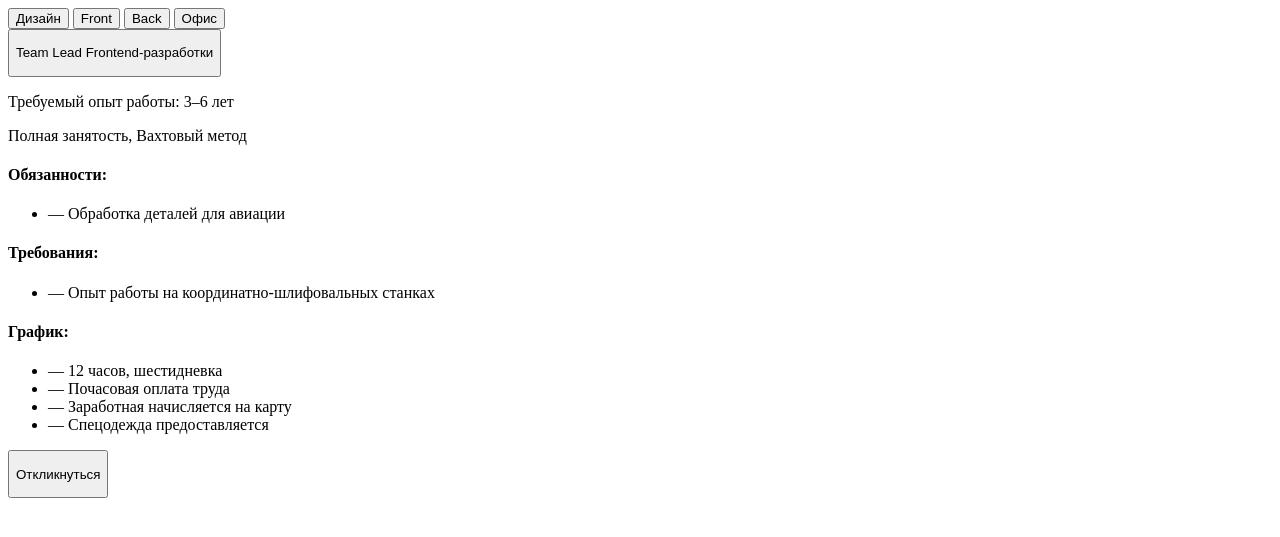
Repository: the-ASAP/AsapVerstka
Page: src/components/profession.html
The author's editor kept a copy of each file at every save. The page is drawn from the files as they stood at one save, then again after the next save.
The browser window is 1280 px wide. The pictures show the whole page.

Above is the page before, as saved 2021-07-28 10:12:44.

After the next save:
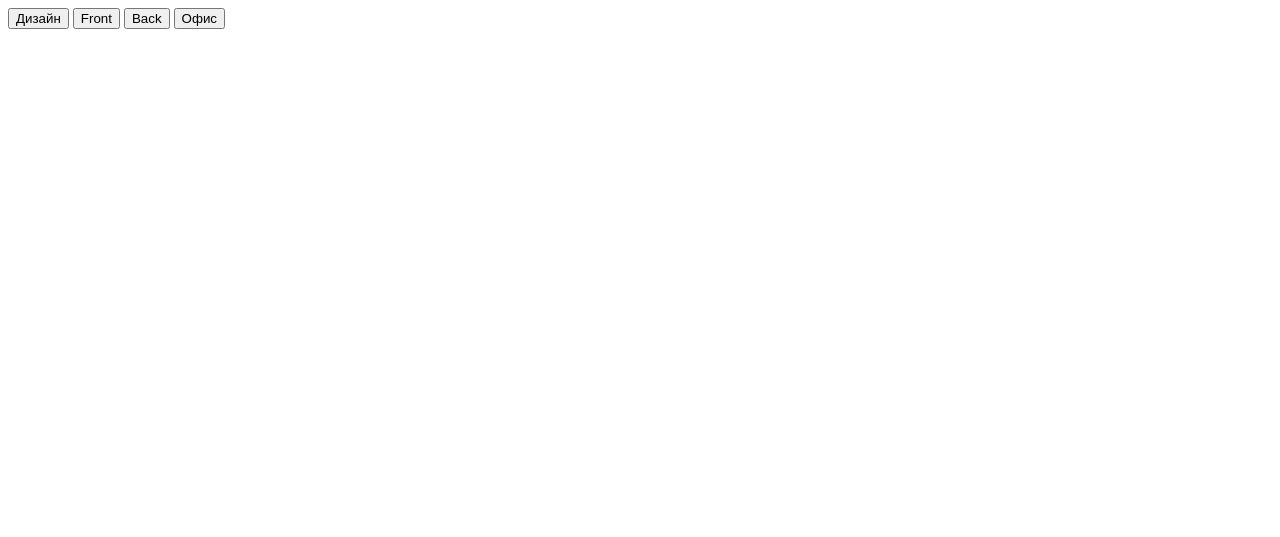
Saved 36 s later.
--- a/src/components/profession.html
+++ b/src/components/profession.html
@@ -7,46 +7,6 @@
             <button type="button" class="profession__choice">Офис</button>
         </div>
 
-        <button class="profession__accordion">
-            <p>
-                Team Lead Frontend-разработки
-            </p>
-        </button>
-        <div class="profession__info">
-            <p class="profession__text">Требуемый опыт работы: 3–6 лет </p>
-            <p class="profession__text">Полная занятость, Вахтовый метод</p>
 
-            <h4 class="profession__subtitle">Обязанности:</h4>
-            <ul class="profession__list">
-                <li>
-                    — Обработка деталей для авиации
-                </li>
-            </ul>
-            <h4 class="profession__subtitle">Требования:</h4>
-                <ul class="profession__list">
-                    <li>
-                        — Опыт работы на координатно-шлифовальных станках
-                    </li>
-                </ul>
-            <h4 class="profession__subtitle">График:</h4>
-            <ul class="profession__list">
-                <li>
-                    — 12 часов, шестидневка
-                </li>
-                <li>
-                    — Почасовая оплата труда
-                </li>
-                <li>
-                    — Заработная начисляется на карту
-                </li>
-                <li>
-                    — Спецодежда предоставляется
-                </li>
-            </ul>
-
-            <button type="button" class="profession__endButton">
-                <p>Откликнуться</p>
-            </button>
-        </div>
     </div>
 </section>
